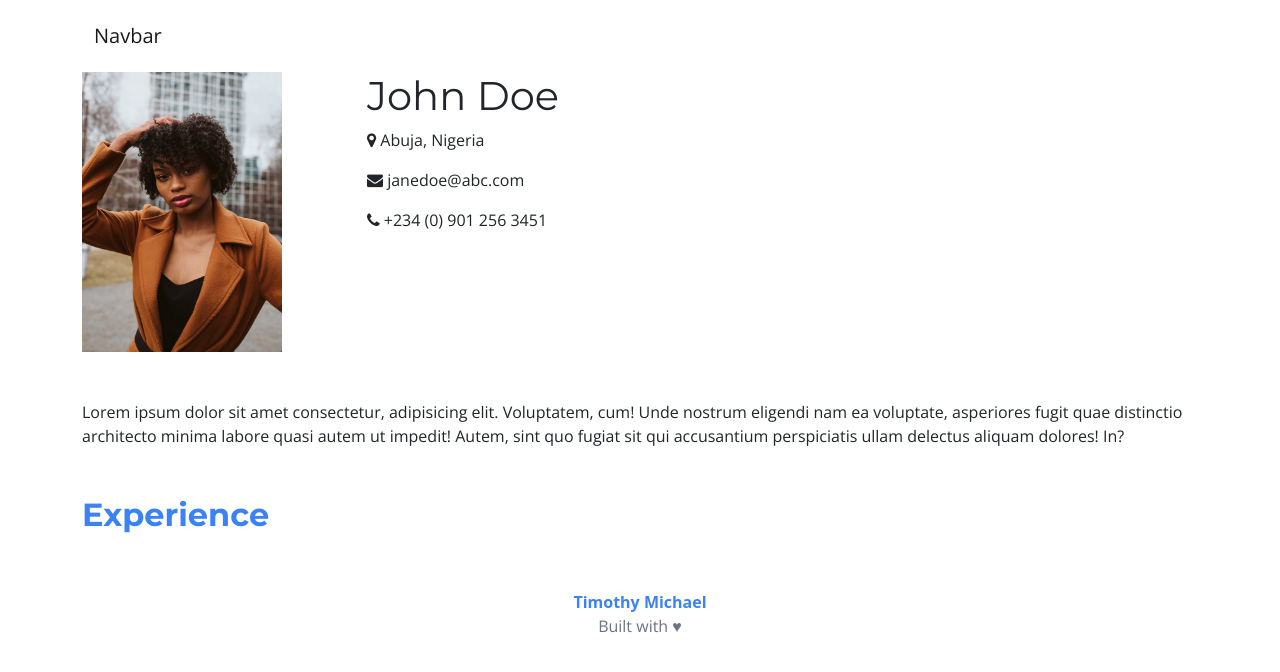
Repository: latenightsnacc/giggles
Page: HTML/CV.html
The author's editor kept a copy of each file at every save. The page is drawn from the files as they stood at one save, then again after the next save.
The browser window is 1280 px wide. The pictures show the whole page.
Some web libraries are served in a nearby version.

Above is the page before, as saved 2021-01-04 15:16:11.

### HTML/CV.html
<!DOCTYPE html>
<html lang="en">
<head>
    <meta charset="UTF-8">
    <meta name="viewport" content="width=device-width, initial-scale=1.0">
    <link href="https://cdnjs.cloudflare.com/ajax/libs/tailwindcss/2.0.2/tailwind.min.css" rel="stylesheet">
    <link rel="stylesheet" href="https://stackpath.bootstrapcdn.com/font-awesome/4.7.0/css/font-awesome.min.css" />
    <link href="https://cdn.jsdelivr.net/npm/bootstrap@5.0.0-beta1/dist/css/bootstrap.min.css" rel="stylesheet" integrity="sha384-giJF6kkoqNQ00vy+HMDP7azOuL0xtbfIcaT9wjKHr8RbDVddVHyTfAAsrekwKmP1" crossorigin="anonymous">
    <link rel="stylesheet" href="stylesheet.css">
    <title>CV Page</title>
</head>
<body class="overflow-x-hidden">
    <!--Navigation-->
    <header class="container">
        <nav class="navbar navbar-expand-lg navbar-light bg-white py-3">
            <div class="container-fluid">
              <a class="navbar-brand" href="search.html">Navbar</a>
              <button class="navbar-toggler" type="button" data-bs-toggle="collapse" data-bs-target="#navbarNavDropdown" aria-controls="navbarNavDropdown" aria-expanded="false" aria-label="Toggle navigation">
                <span class="navbar-toggler-icon"></span>
              </button>
              <div class="collapse navbar-collapse" id="navbarNavDropdown">

              </div>
            </div>
        </nav>
    </header>
    <main>
        <!--Basic Profile-->
        <div class="container">
            <div class="row">
                <div class="col-xs-12 col-sm-12 col-md-3 col-lg-3 col-xl-3">
                    <div>
                        <img src="assets/userDp.jpg" style="width:200px" alt="profile picture">
                    </div>
                </div>
                <div class="col-xs-12 col-sm-12 col-md-9 col-lg-9 col-xl-9">
                    <div>
                        <h1>John Doe</h1>
                        <p>
                            <i class="fa fa-map-marker"></i>
                            Abuja, Nigeria
                        </p>
                        <p>
                            <i class="fa fa-envelope"></i>
                            janedoe@abc.com
                        </p>
                        <p>
                            <i class="fa fa-phone"></i>
                            +234 (0) 901 256 3451
                        </p>
                    </div>
                </div>
            </div>
        </div>

        <div class="container my-5">
            <p>Lorem ipsum dolor sit amet consectetur, adipisicing elit. Voluptatem, cum! Unde nostrum eligendi nam ea voluptate, asperiores fugit quae distinctio architecto minima labore quasi autem ut impedit! Autem, sint quo fugiat sit qui accusantium perspiciatis ullam delectus aliquam dolores! In?</p>
        </div>

        <div class="container my-5">
            <div class="row">
                <div class="col-xs-12 col-sm-12 col-md-12 col-lg-6 col-xl-6">
                    <h2 class="text-blue-500 font-semibold text-md">Experience</h2>
                </div>
                <div class="col-xs-12 col-sm-12 col-md-12 col-lg-6 col-xl-6"></div>
            </div>
        </div>
    </main>
    <footer class="text-center text-l text-blue-500 font-semibold">
        Timothy Michael
        <p class="text-gray-500">Built with &hearts;</p>
    </footer>

    <script src="https://cdn.jsdelivr.net/npm/bootstrap@5.0.0-beta1/dist/js/bootstrap.bundle.min.js" integrity="sha384-ygbV9kiqUc6oa4msXn9868pTtWMgiQaeYH7/t7LECLbyPA2x65Kgf80OJFdroafW" crossorigin="anonymous"></script>

</body>
</html>

### HTML/stylesheet.css
@import url('https://fonts.googleapis.com/css2?family=Montserrat:wght@400;700&family=Open+Sans:wght@300;400&display=swap');

h1, h2, h3, h4, h5, h6 {
    font-family: 'Montserrat', sans-serif;
}
.user-info h1 {
    line-height: 60px;
    font-size: 50px;
    font-weight: 700;
    margin-top: 20px;
}
.user-info h2 {
    line-height: 27px;
    font-size: 18px;
    font-weight: 400;
    margin-top: 15px;
}
.user-info span {
    line-height: 36px;
    font-size: 30px;
    font-weight: 600;
}
.user-info p {
    margin: 5px 0;
}
.user-info button {
    margin-top: 10px;
}
p, div, a, button {
    font-family: 'Open Sans', sans-serif;
    font-weight: 300;
}

.work-experience .row:hover .text {
    border:2px solid  #3b82f6;

}
.work-experience .row:hover .flex .no {
    border:1px solid #3b82f6;

}
.nav-link {
    color: #3b82f6 !important;
}
.nav-item .active{
    font-weight: 600;
}

After the next save:
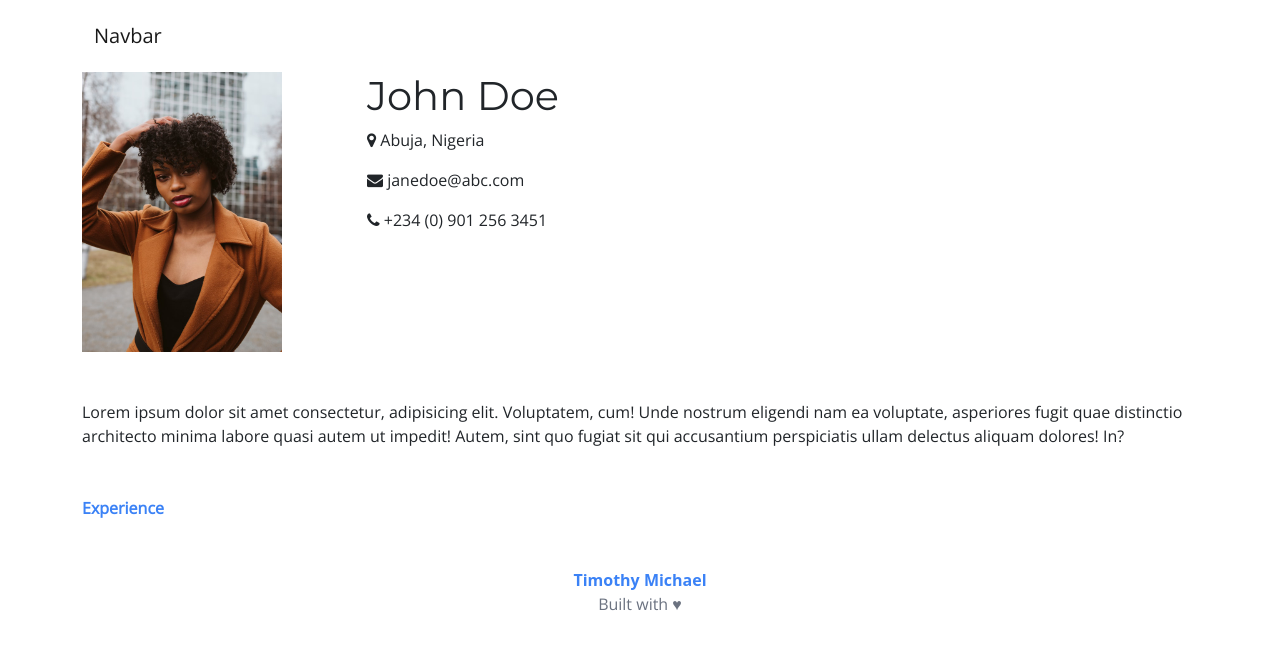
Saved 12 s later.
--- a/HTML/CV.html
+++ b/HTML/CV.html
@@ -60,7 +60,7 @@
         <div class="container my-5">
             <div class="row">
                 <div class="col-xs-12 col-sm-12 col-md-12 col-lg-6 col-xl-6">
-                    <h2 class="text-blue-500 font-semibold text-md">Experience</h2>
+                    <div class="text-blue-500 font-semibold text-md">Experience</div>
                 </div>
                 <div class="col-xs-12 col-sm-12 col-md-12 col-lg-6 col-xl-6"></div>
             </div>
